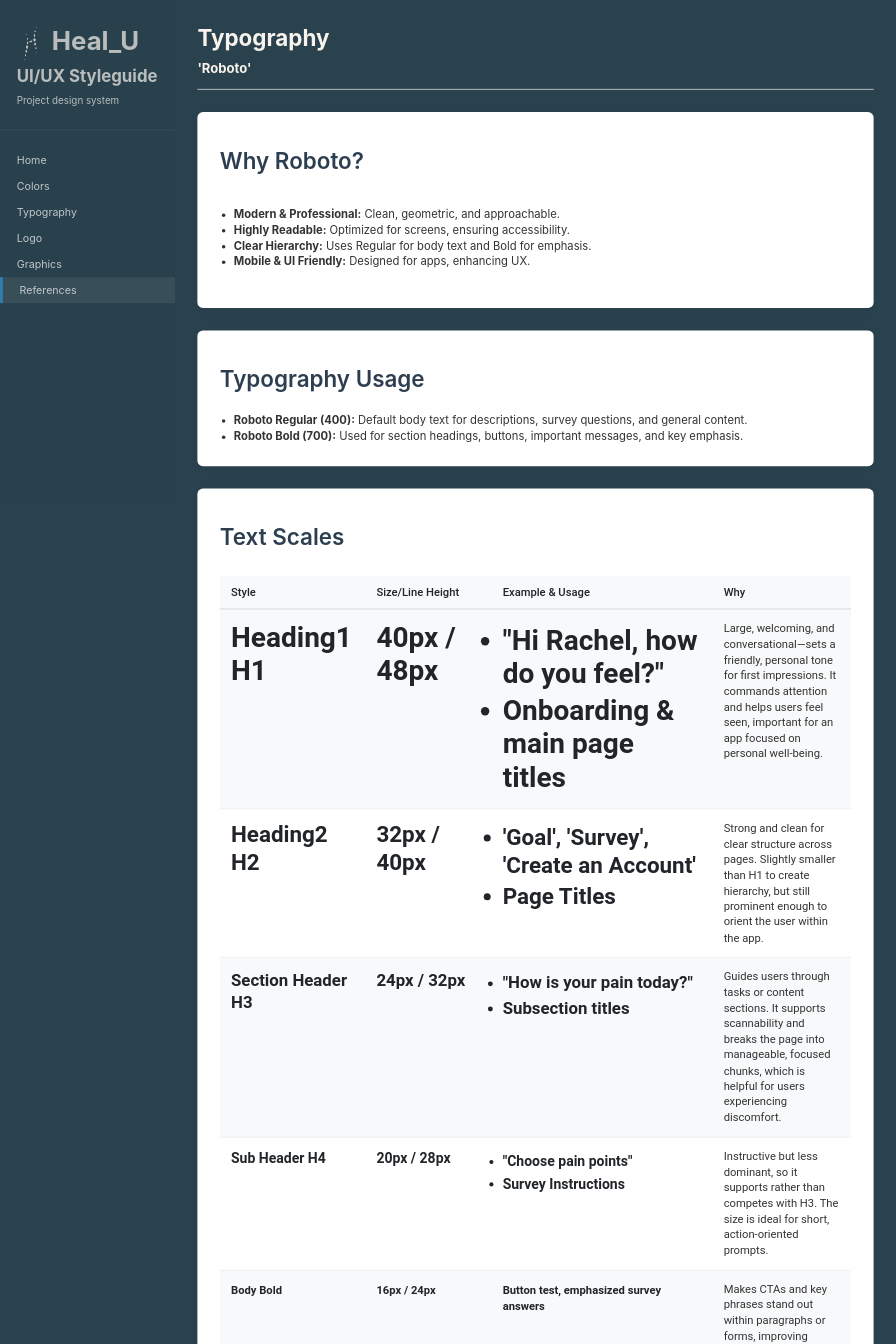
Repository: rosielee09/Heal_U
Page: typography.html
The author's editor kept a copy of each file at every save. The page is drawn from the files as they stood at one save, then again after the next save.
The browser window is 1280 px wide. The pictures show the part of the page from y = 0 to 1920 px (the page is 2925 px tall), at 70% of full size.

Above is the page before, as saved 2025-04-06 12:44:27.

### typography.html

<!DOCTYPE html>
<html lang="en">
<head>
    <meta charset="UTF-8">
    <meta name="viewport" content="width=device-width, initial-scale=1.0">
    <link rel="apple-touch-icon" sizes="180x180" href="/apple-touch-icon.png">
    <link rel="icon" type="image/png" sizes="32x32" href="/favicon-32x32.png">
    <link rel="icon" type="image/png" sizes="16x16" href="/favicon-16x16.png">
    <link rel="manifest" href="/site.webmanifest">
    <link rel="stylesheet" href="styles.css">
    <title>Document</title>
</head>
<body>
    <div class="container">
        <!-- Sidebar Navigation -->
        <div class="sidebar">
            <div class="sidebar-header">
              <div class="logo">
                <img src="./img/logo/Logo - Heal U_sq_logo_light.png" alt="logo" width="40px" >
                <p>Heal_U</p>
              </div>
                <h1>UI/UX Styleguide</h1>
                <p>Project design system</p>
            </div>
            <ul class="nav">
                <li><a href="index.html">Home</a></li>
                <li><a href="colors.html">Colors</a></li>
                <li><a href="typography.html">Typography</a></li>
                <li><a href="logo.html">Logo</a></li>
                <li><a href="graphics.html">Graphics</a></li>
                <li class="active"><a href="references.html">References</a></li>
            </ul>
        </div>

        <!-- Main Content - Home Page -->
        <div class="content">
            <header class="page-header">
                <h2>Typography</h2>
                <h3 class="component-title-typography">'Roboto'</h3>
            </header>

            <div class="component">
                <div class="component-header">
                    <h3 class="component-title">Why Roboto?</h3>
                    <p class="component-description">
                        <ul style="margin-left: 20px; margin-top: 10px;">
                            <li><strong>Modern & Professional:</strong> Clean, geometric, and approachable.</li>
                            <li><strong>Highly Readable:</strong> Optimized for screens, ensuring accessibility.</li>
                            <li><strong>Clear Hierarchy:</strong> Uses Regular for body text and Bold for emphasis.</li>
                            <li><strong>Mobile & UI Friendly:</strong> Designed for apps, enhancing UX.</li>
                        </ul>
                    </p>
                </div>
            </div>

            <div class="component">
                <div class="component-header">
                    <h3 class="component-title">Typography Usage</h3>
                </div>
                <div class="component-content">
                    <ul style="margin-left: 20px; margin-top: 10px;">
                        <li><strong>Roboto Regular (400):</strong> Default body text for descriptions, survey questions, and general content.</li>
                        <li><strong>Roboto Bold (700):</strong> Used for section headings, buttons, important messages, and key emphasis.</li>

                    </ul>
                </div>
            </div>

            <div class="component">
                <div class="component-header">
                    <h3 class="component-title">Text Scales</h3>
                </div>
                <div class="component-content">
                  <table>
                    <thead>
                      <tr>
                        <th>Style</th>
                        <th>Size/Line Height</th>
                        <th>Example & Usage</th>
                        <th>Why</th>
                      </tr>
                    </thead>
                    <tbody>
                      <tr>
                        <td class="heading1 row1">Heading1 H1</td>
                        <td class="heading1 row1">40px / 48px</td>
                        <td class="heading1 row1">
                          <ul>
                            <li>"Hi Rachel, how do you feel?"</li>
                            <li>Onboarding & main page titles</li>
                          </ul>
                        </td>
                        <td class="typography-why">
                          Large, welcoming, and conversational—sets a friendly, personal tone for first impressions. It commands attention and helps users feel seen, important for an app focused on personal well-being.
                        </td>
                      </tr>
                      <tr>
                        <td class="heading2 row2">Heading2 H2</td>
                        <td class="heading2 row2">32px / 40px</td>
                        <td class="heading2 row2">
                          <ul>
                            <li>'Goal', 'Survey', 'Create an Account'</li>
                            <li>Page Titles</li>
                          </ul>
                        </td>
                        <td class=" typography-why">
                          Strong and clean for clear structure across pages. Slightly smaller than H1 to create hierarchy, but still prominent enough to orient the user within the app.
                        </td>
                      </tr>
                      <tr>
                        <td class="section-header row3">Section Header H3</td>
                        <td class="section-header row3">24px / 32px</td>
                        <td class="section-header row3">
                          <ul>
                            <li>"How is your pain today?"</li>
                            <li>Subsection titles</li>
                          </ul>
                        </td>
                        <td class="typography-why">
                          Guides users through tasks or content sections. It supports scannability and breaks the page into manageable, focused chunks, which is helpful for users experiencing discomfort.
                        </td>
                      </tr>
                      <tr>
                        <td class="sub-header row4">Sub Header H4</td>
                        <td class="sub-header row4">20px / 28px</td>
                        <td class="sub-header row4">
                          <ul>
                            <li>"Choose pain points"</li>
                            <li>Survey Instructions</li>
                          </ul>
                        </td>
                        <td class=" typography-why">
                          Instructive but less dominant, so it supports rather than competes with H3. The size is ideal for short, action-oriented prompts.
                        </td>
                      </tr>
                      <tr>
                        <td class="body-bold row5">Body Bold</td>
                        <td class="body-bold row5">16px / 24px</td>
                        <td class="body-bold row5">Button test, emphasized survey answers</td>
                        <td class=" typography-why">
                          Makes CTAs and key phrases stand out within paragraphs or forms, improving clarity and accessibility.
                        </td>
                      </tr>
                      <tr>
                        <td class="body row6">Body Regular</td>
                        <td class="body row6">16px / 24px</td>
                        <td class="body row6">
                          <ul>
                            <li>"Let's get a new plan tailored to your pain level."</li>
                            <li>Body description</li>
                          </ul>
                        </td>
                        <td class=" typography-why">
                          Standard reading size for comfort and legibility. Works well for general content that users need to read without strain.
                        </td>
                      </tr>
                      <tr>
                        <td class="small row7">Small Text</td>
                        <td class="small row7">14px / 20px</td>
                        <td class="small row7">
                          <ul>
                            <li>"14-day plan"</li>
                            <li>Chips</li>
                          </ul>
                        </td>
                        <td class="typography-why">
                          Small but still readable—ideal for secondary info like labels and tags. Keeps UI clean while providing context.
                        </td>
                      </tr>
                      <tr>
                        <td class="tiny-bold row8">Tiny Bold</td>
                        <td class="tiny-bold row8">12px / 18px</td>
                        <td class="tiny-bold row8">Nav-bar pages text</td>
                        <td class="typography-why">
                          Bold ensures visibility at smaller sizes, critical for navigation. Helps users stay oriented in the app even at a glance.
                        </td>
                      </tr>
                      <tr>
                        <td class="tiny row9">Tiny</td>
                        <td class="tiny row9">12px / 18px</td>
                        <td class="tiny row9">Icons text</td>
                        <td class="typography-why">
                          Pairs well with small icons for labeling. Small footprint keeps the UI uncluttered.
                        </td>
                      </tr>
                      <tr>
                        <td class="mini row10">Mini</td>
                        <td class="mini row10">8px / 12px</td>
                        <td class="mini row10">Numbers for the pain scale component</td>
                        <td class="typography-why">
                          Very small, used only where minimal visual weight is needed—such as numeric indicators. Prioritizes visual space without sacrificing function.
                        </td>
                      </tr>
                    </tbody>
                  </table>



                </div>
            </div>

        </div>
    </div>
</body>
</html>

### styles.css
* {
    margin: 0;
    padding: 0;
    box-sizing: border-box;
}

body {
    font-family: 'Inter', -apple-system, BlinkMacSystemFont, 'Segoe UI', Roboto, Oxygen, Ubuntu, Cantarell, sans-serif;
    line-height: 1.4;
    color: #333;
    background: #29424D;

    margin: 0;
    padding: 0;
    width: 100vw;
    height: 100vh;
}

hr {
    padding: 1rem;
    border: 0.4px solid white;
}

video {
    border-radius: 53px;
    padding: 0 10px;
}


/* Layout */
.container {
    display: flex;
    min-height: 100vh;
}

/* Sidebar Navigation */
.sidebar {
    width: 250px;
    background-color: #29424D;
    color: #F8F3EC;
    padding: 2rem 0;
    position: fixed;
    height: 100vh;
    overflow-y: hidden;
    opacity: 0.7;
}


.sidebar-header {
    padding: 0 1.5rem 2rem;
    border-bottom: 1px solid rgba(255, 255, 255, 0.1);
}

.sidebar-header h1 {
    font-size: 1.5rem;
    font-weight: 700;
    margin-bottom: 0.5rem;
}

.sidebar-header p {
    font-size: 0.875rem;
    opacity: 1;
}

.nav {
    list-style: none;
    padding: 1.5rem 0;
}

.nav li {
    padding: 0.5rem 1.5rem;
}

.nav li.active {
    background-color: rgba(255, 255, 255, 0.1);
    border-left: 4px solid #3498db;
}

.nav a {
    color: #fff;
    text-decoration: none;
    display: block;
    font-size: 0.95rem;
    transition: all 0.2s;
}

.nav a:hover {
    opacity: 1;
}

/* Logo in Navbar */
/* Logo styling */
.logo {
    display: flex;
    align-items: left;
    gap: 10px;  /* Space between logo image and text */
    /* padding: 0 1.5rem;  Match your sidebar padding */
}


.logo p {
    color: #F8F3EC;  /* Match your sidebar text color */
    font-weight: 700;
    font-size: 2.3rem;
    margin: 0;  /* Remove default paragraph margin */
    margin-bottom: 0.5rem;
}

/* Home page animation */
.body-homepage{
    overflow: hidden;
    position: relative;
    display: flex;
    align-items: center;
}
.animation--title {
    text-align: right;
    display: flex;
    flex-direction: column;
    justify-content: flex-end;
    margin-left: 50rem; /* Push to the right side */
    margin-right: 5%; /* Keep some space from the edge */
    width: 50%;
  }

  .animation--title-head {

    color: #F8F3EC;
    font-size: 8rem;
    line-height: 1.2;
    font-weight: bold;
    letter-spacing: 2px;
    font-family: 'Roboto', sans-serif;
    text-transform: uppercase;

  }

  .animation--title-subhead {
    color: #F8F3EC;
    font-size: 1.7rem;
    line-height: 1.5;
    font-family: 'Roboto', sans-serif;
    font-style: italic;
    margin-top: 2rem;
    margin-bottom: 2rem;
  }

  .animation--title-member {
    color: #F8F3EC;
    font-size: 1.4rem;
    line-height: 1.4;
    font-family: 'Roboto', sans-serif;

  }



  .blob {
    position: absolute;
    top: 0;
    left: 0;
    fill: #CFC4F4;
    width: 50vmax;
    z-index: -1;
    animation: move 10s ease-in-out infinite;
    transform-origin: 50% 50%;
  }

  @keyframes move {
    0%   { transform: scale(1)   translate(10px, -30px); }
    38%  { transform: scale(0.8, 1) translate(80vw, 30vh) rotate(160deg); }
    40%  { transform: scale(0.8, 1) translate(80vw, 30vh) rotate(160deg); }
    78%  { transform: scale(1.3) translate(0vw, 50vh) rotate(-20deg); }
    80%  { transform: scale(1.3) translate(0vw, 50vh) rotate(-20deg); }
    100% { transform: scale(1)   translate(10px, -30px); }
  }




/* Main Content */
.content {
    flex: 1;
    padding: 2rem;
    margin-left: 250px;
    max-width: calc(100% - 250px);
}

.page-header {
    margin-bottom: 2rem;
    padding-bottom: 1rem;
    border-bottom: 1px solid #eee;
}

.page-header h2 {
    font-size: 2rem;
    font-weight: 700;
    color: #F8F3EC;
    margin-bottom: 0.5rem;
}

.page-header p {
    color: #F8F3EC;
    font-size: 1.1rem;
}

/* Components Common Styles */
.component {
    background-color: #fff;
    border-radius: 8px;
    box-shadow: 0 2px 10px rgba(0, 0, 0, 0.05);
    padding: 2rem;
    padding-top: 1rem;
    margin-bottom: 2rem;
}

.component-section{
    margin-top: 3rem;
}

.component-header {
    margin-top: 1.5rem;
    margin-bottom: 1.5rem;
}

.component-title {
    font-size: 2rem;
    font-weight: 600;
    margin-top: 2rem;
    margin-bottom: 1rem;
    color: #2c3e50;
}

.component-description {
    color: #7f8c8d;
    padding-bottom: 1rem;
}


    /* Color Styles */
.color-grid {
    display: grid;
    grid-template-columns: repeat(auto-fill, minmax(300px, 1fr));
    gap: 1.5rem;
}

.color-grid__onlycolor {
    display: grid;
    grid-template-columns: repeat(auto-fill, minmax(300px, 2fr));
    gap: 1.5rem;
    align-items: start;
}


.color-grid__example {
    display: grid;
    grid-template-columns: repeat(auto-fill, minmax(400px, 2fr));
    gap: 1.5rem;
    align-items: start;
}

.color-grid__Accessiblilliy {
    display: grid;
    grid-template-columns: repeat(auto-fit, minmax(clamp(300px, 50%, 400px), 1fr));
    gap: 1.5rem;
}

.color-grid__expressive {
    display: grid;
    grid-template-columns: repeat(auto-fill, minmax(400px, 1fr));
    gap: 1.5rem;
    align-items: start;
}

.color-item {
    border-radius: 6px;
    overflow: hidden;
    box-shadow: 0 2px 5px rgba(0, 0, 0, 0.1);
}

.color-preview {
    height: 120px;
}

.color-info {
    padding: 1rem;
    background-color: #fff;
}

.color-name {
    font-weight: 600;
    margin-bottom: 0.25rem;
}

.color-value {
    font-family: monospace;
    color: #7f8c8d;
    font-size: 0.85rem;
}

.color__primary--preview{
    background-color: #29424D;
}

.color__secondary--preview{
    background-color: #CFC4F4;
}

.color__tertiary--preview {
    background-color: #F8F3EC;
}

.color__accent--preview{
    background-color: #CDF06B;
}

.color__success--preview{
    background-color: #138636;
}

.color__error--preview{
    background-color: #C32D2D;
}

.color__warning--preview{
    background-color: #FFBD11;
}

.color__info--preview{
    background-color: #4976BA;
}

.color__background--preview{
    background-color: #fff;
}

.color__text--preview{
    background-color: #2E2E30;
}

.color-accessiblillity-img {
    width: 100%;
    height: 70%;
}

.color-example-img{
    align-items: center;
}



/* Graphics */
.graphic-grid {
    display: grid;
    grid-template-columns: repeat(auto-fill, minmax(300px, 2fr));
    gap: 1.5rem;

}

/* section__icons */
.graphic-grid__icons{
    display: grid;
    grid-template-columns: repeat(5, 1fr);
    gap: 1.5rem;
}

.graphic-item{
   justify-items: center;

}


.graphic-menu__icon{
    padding: 8px;
    border: 0.4px solid lightgrey;
    border-radius: 8px;
}

.graphic-title{
    margin-top: 2rem;
    margin-bottom: 1rem;
}

.graphic-title-desc{
    margin-bottom: 1rem;
}

.graphic-item-grid1{
    margin-top: 3rem;
}


/* section illustrations */
.graphic-grid-illustrations,
.graphic-grid-images{
    display: grid;
    grid-template-columns: repeat(3, 1fr);
    gap: 1.5rem;
}
.graphic-item-illustrations,
.graphic-illustrations{
    max-width: 200px;
    max-height: 200px;
}
.graphic-icons{
    padding: 10px;
    border-radius: 16px;
}

/* Typography */

/* Import Roboto font with multiple weights */
@import url('https://fonts.googleapis.com/css2?family=Roboto:wght@400;500;700&display=swap');

.component-title-typography{
    color: #F8F3EC;
}

/* Table styling */
table {
  width: 100%;
  border-collapse: collapse;
  font-family: 'Roboto', sans-serif;
  margin: 2rem 0;
}

th {
  background-color: #f8f9fa;
  color: #212529;
  padding: 12px 16px;
  text-align: left;
  font-weight: 500;
  border-bottom: 2px solid #dee2e6;

}

td {
  padding: 16px;
  border-bottom: 1px solid #e9ecef;
  vertical-align: top;
}

/* Remove default list styling */
td li {
  list-style: none;
  margin: 4px 0;
  padding-left: 0;
}



.content-image {
  margin: auto;
  display: block;
  padding: 1rem;
}

.center {
  text-align: center;
}



.typography-item {
    margin-bottom: 2rem;
}


.heading1 {
  font-family: 'Roboto', sans-serif;
  font-size: 40px;
  line-height: 48px;
  font-weight: 700;
  color: #212529;

}

.heading2 {
  font-family: 'Roboto', sans-serif;
  font-size: 32px;
  line-height: 40px;
  font-weight: 700;
  color: #212529;
}

.section-header {
  font-family: 'Roboto', sans-serif;
  font-size: 24px;
  line-height: 32px;
  font-weight: 700;
  color: #212529;
}

.sub-header {
  font-family: 'Roboto', sans-serif;
  font-size: 20px;
  line-height: 28px;
  font-weight: 700;
  color: #212529;
}

.body-bold {
  font-family: 'Roboto', sans-serif;
  font-size: 16px;
  line-height: 24px;
  font-weight: 700;
  color: #212529;
}


.body {
  font-family: 'Roboto', sans-serif;
  font-size: 16px;
  line-height: 24px;
  font-weight: 400;
  color: #212529;
}

.small {
  font-family: 'Roboto', sans-serif;
  font-size: 14px;
  line-height: 20px;
  font-weight: 400;
  color: #212529;
}

.small-italic {
  font-family: 'Roboto', sans-serif;
  font-style: italic;
  font-size: 14px;
  line-height: 20px;
  font-weight: 400;
  color: #212529;
}

.tiny-bold {
  font-family: 'Roboto', sans-serif;
  font-size: 12px;
  line-height: 18px;
  font-weight: 700;
  color: #212529;
}

.tiny {
  font-family: 'Roboto', sans-serif;
  font-size: 12px;
  line-height: 18px;
  font-weight: 400;
  color: #212529;
}

.mini {
  font-family: 'Roboto', sans-serif;
  font-size: 8px;
  line-height: 12px;
  font-weight: 400;
  color: #212529;
  letter-spacing: 0.5px;
}

/* Add zebra striping for better readability */
tbody tr:nth-child(odd) {
  background-color: #f8f9fa;
}

.typography-why{
    font-size: 16px;
}

th:nth-child(2), td:nth-child(2) {
    width: 20%; /* Adjust this value as needed */
  }

th:nth-child(3), td:nth-child(3) {
    width: 35%; /* Adjust this value as needed */
  }

  td:nth-child(3) li {
    list-style-type: disc; /* This will add bullet points */

  }

After the next save:
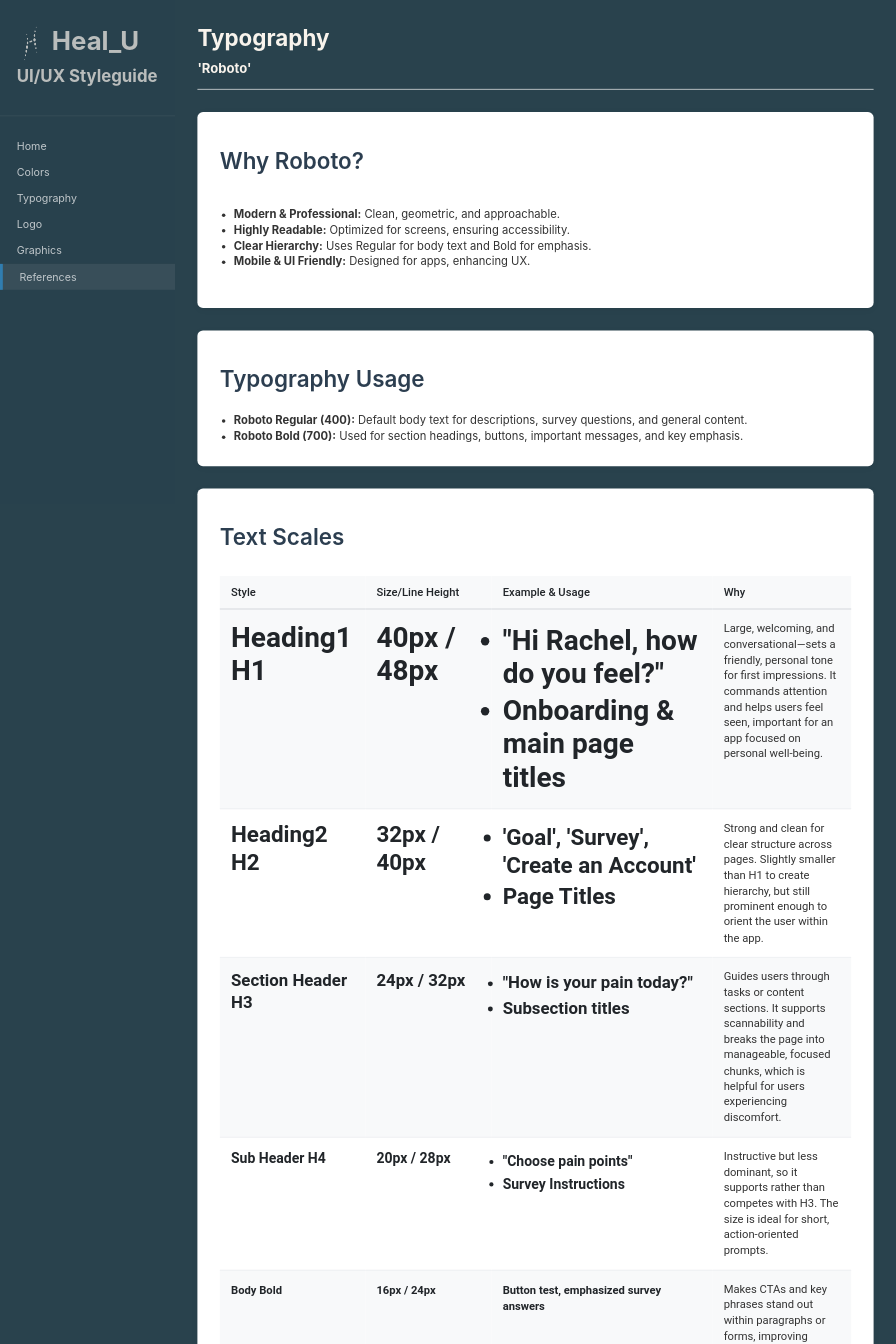
Saved 58 s later.
--- a/typography.html
+++ b/typography.html
@@ -21,7 +21,7 @@
                 <p>Heal_U</p>
               </div>
                 <h1>UI/UX Styleguide</h1>
-                <p>Project design system</p>
+
             </div>
             <ul class="nav">
                 <li><a href="index.html">Home</a></li>
